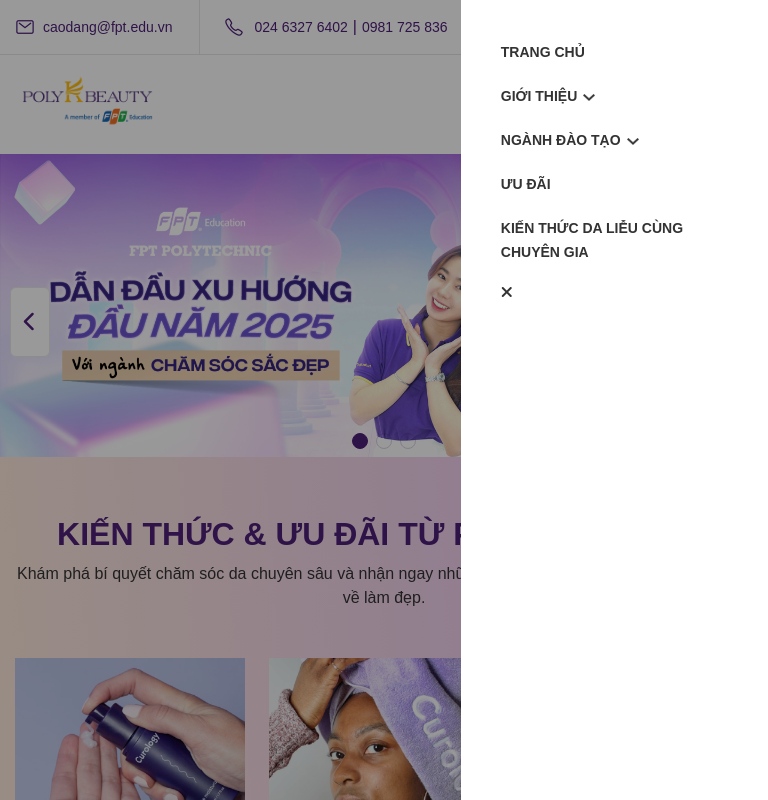
Repository: dinhtri123/k_beauty
Page: index.html
These files come from the project's save history. The page is drawn as it stood at one moment and after the next save; the edit follows.
The browser window is 768 px wide. The pictures show the window.
A layer covers the whole window, so only the first screen is drawn. Some web fonts or font styles are not loaded; a fallback is used.

Above is the page before, as saved 2024-12-24 19:51:59.

### index.html
<!DOCTYPE html>
<html lang="en">

<head>
  <meta charset="UTF-8">
  <meta name="viewport" content="width=device-width, initial-scale=1.0">
  <title>Home Page</title>
  <link rel="stylesheet" href="https://cdn.jsdelivr.net/npm/swiper@11/swiper-bundle.min.css" />
  <link rel="stylesheet" href="https://cdnjs.cloudflare.com/ajax/libs/font-awesome/6.7.2/css/all.min.css"
    integrity="sha512-Evv84Mr4kqVGRNSgIGL/F/aIDqQb7xQ2vcrdIwxfjThSH8CSR7PBEakCr51Ck+w+/U6swU2Im1vVX0SVk9ABhg=="
    crossorigin="anonymous" referrerpolicy="no-referrer" />
  <link rel="stylesheet" href="./css/style.css">
</head>

<body>
  <header>
    <div class="header-top-wrapper">
      <div class="container">
        <div class="header-top">
          <div class="header-top-left">
            <a href="mailto:caodang@fpt.edu.vn">
              <img src="./images/mail-outline.png" alt="">
              <span>caodang@fpt.edu.vn</span>
            </a>
            <p>
              <img src="./images/call-outline.png" alt="">
              <a href="tel:024 6327 6402">024 6327 6402</a>
              <span>|</span>
              <a href="tel: 0981 725 836"> 0981 725 836</a>
            </p>
          </div>
          <div class="header-top-right">
            <a href="">
              <img src="./images/Facebook.png" alt="">
            </a>
            <a href="">
              <img src="./images/YouTube.png" alt="">
            </a>
            <a href="">
              <img src="./images/TikTok.png" alt="">
            </a>
            <a href="">
              <img src="./images/Frame.png" alt="">
            </a>
          </div>
        </div>
      </div>
    </div>
    <div class="header-main container">
      <a href="" class="header-logo">
        <img src="./images/logo.png" alt="">
      </a>
      <nav class="header-nav">
        <ul class="header-menu">
          <li>
            <a href="">Trang chủ</a>
          </li>
          <li>
            <a href="">Giới thiệu
              <span>
                <img src="./images/arrow-bottom.png" alt="">
              </span>
            </a>
          </li>
          <li>
            <a href="">ngành đào tạo
              <span>
                <img src="./images/arrow-bottom.png" alt="">
              </span>
            </a>
          </li>
          <li>
            <a href="">ƯU đãi</a>
          </li>
          <li>
            <a href="">kiến thức da liễu cùng chuyên gia</a>
          </li>
          <li class="header-btn-close sm">
            <i class="fa-solid fa-xmark"></i>
          </li>
        </ul>
      </nav>
      <span class="header-btn-menu sm">
        <i class="fa-solid fa-bars"></i>
      </span>
    </div>
  </header>
  <main>
    <section class="slider-hero">
      <div class="swiper hero-swiper">
        <div class="swiper-wrapper">
          <div class="swiper-slide">
            <img src="./images/image 1.jpg" alt="">
          </div>
          <div class="swiper-slide">
            <img src="./images/image 1.jpg" alt="">
          </div>
          <div class="swiper-slide">
            <img src="./images/image 1.jpg" alt="">
          </div>
        </div>
        <div class="hero-btn swiper-button-next">
          <i class="fa-solid fa-chevron-right"></i>
        </div>
        <div class="hero-btn swiper-button-prev">
          <i class="fa-solid fa-chevron-left"></i>
        </div>
        <div class="swiper-pagination"></div>
      </div>
    </section>
    <section class="befenit">
      <div class="container">
        <div class="befenit-inner">
          <h2>Kiến Thức & Ưu Đãi Từ Poly K-Beauty</h2>
          <p>Khám phá bí quyết chăm sóc da chuyên sâu và nhận ngay những ưu đãi hấp dẫn từ học viện hàng đầu về làm đẹp.
          </p>
          <ul class="befenit-list">
            <li class="befenit-item">
              <img src="./images/befenit-img1.jpg" alt="">
              <div>
                <h3>TRẮC NGHIỆM <br> HIỂU LÀN DA CÙNG POLY K-BEAUTY</h3>
                <a href="">Làm bài trắc nghiệm</a>
              </div>
            </li>
            <li class="befenit-item">
              <img src="./images/befenit-img2.jpg" alt="">
              <div>
                <h3>ƯU ĐÃI</h3>
                <a href="">Nhận ưu đãi</a>
              </div>
            </li>
            <li class="befenit-item">
              <img src="./images/befenit-img3.jpg" alt="">
              <div>
                <h3>KIẾN THỨC DA LIỄU</h3>
                <a href="">xem tất cả</a>
              </div>
            </li>
          </ul>
        </div>
      </div>
    </section>
    <section class="package">
      <div class="container">
        <div class="package-inner">
          <h2>POLY K-BEAUTY'S PACKAGE <span class="line"></span></h2>
          <div class="package-item">
            <img src="./images/package_img1.jpg" alt="">
            <h3>Dịch vụ chăm sóc và điều trị</h3>
          </div>
          <div class="package-item">
            <img src="./images/package_img2.jpg" alt="">
            <h3>QUY TRÌNH CHẤM TCA TRỊ</h3>
          </div>
          <div class="package-item">
            <img src="./images/package_img3.jpg" alt="">
            <h3>PHƯƠNG PHÁP TIÊM SẸO LỒI</h3>
          </div>
          <div class="package-item">
            <img src="./images/package_img4.jpg" alt="">
            <h3>LASER TRỊ THÂM CÓ TỐT</h3>
          </div>
          <div class="package-item">
            <img src="./images/package_img5.jpg" alt="">
            <h3>TRỊ NẤM DA BẰNG LASER TẠI</h3>
          </div>
          <div class="package-item">
            <img src="./images/package_img6.jpg" alt="">
            <h3>LÀN DA KHÔNG ĐỀU MÀU VÀ</h3>
          </div>
          <div class="package-item">
            <img src="./images/package_img7.jpg" alt="">
            <h3>GIẢI PHÁP ĐIỀU TRỊ MỤN THỊT</h3>
          </div>
          <div class="package-item">
            <img src="./images/package_img8.jpg" alt="">
            <h3>ĐIỀU TRỊ SẸO RỖ BẰNG LASER</h3>
          </div>
          <div class="package-item">
            <img src="./images/package_img9.jpg" alt="">
            <h3>TRẺ HOÁ BẰNG LASER</h3>
          </div>
          <div class="package-item">
            <img src="./images/package_img10.jpg" alt="">
            <h3>CHỐNG LÃO HOÁ TUỔI 30</h3>
          </div>
          <div class="package-item">
            <img src="./images/package_img11.jpg" alt="">
            <h3>ĐIỀU TRỊ MỤN Ở NGƯỜI LỚN</h3>
          </div>
          <div class="package-item">
            <img src="./images/package_img12.jpg" alt="">
            <h3>XOÁ XĂM HIỆU QUẢ VÀ</h3>
          </div>
          <div class="package-item">
            <img src="./images/package_img13.jpg" alt="">
            <h3>ĐIỀU TRỊ GIÃN MAO MẠCH</h3>
          </div>
          <div class="package-item">
            <img src="./images/package_img14.jpg" alt="">
            <h3>PHƯƠNG PHÁP TRỊ SẸO LỒI</h3>
          </div>
          <div class="package-item">
            <img src="./images/package_img15.jpg" alt="">
            <h3>LĂN KIM TRỊ SẸO RỖ</h3>
          </div>
          <div class="package-item">
            <img src="./images/package_img16.jpg" alt="">
            <h3>ĐIỆN DI VITAMIN C - GIẢI PHÁP</h3>
          </div>
          <div class="package-item">
            <img src="./images/package_img17.jpg" alt="">
            <h3>TRẺ HOÁ DA VỚI LIỆU TRÌNH</h3>
          </div>
          <div class="package-item">
            <img src="./images/package_img18.jpg" alt="">
            <h3>PEEL DA HOÁ HỌC CHUYÊN</h3>
          </div>
          <div class="package-item">
            <img src="./images/package_img19.jpg" alt="">
            <h3>PEEL DA HOÁ HỌC NỒNG ĐỘ</h3>
          </div>
          <div class="package-item">
            <img src="./images/package_img20.jpg" alt="">
            <h3>PEEL DA HOÁ HỌC NỒNG ĐỘ</h3>
          </div>
          <div class="package-item">
            <img src="./images/package_img21.jpg" alt="">
            <h3>PEEL DA HOÁ HỌC</h3>
          </div>
          <div class="package-item">
            <img src="./images/package_img22.jpg" alt="">
            <h3>PHƯƠNG PHÁP MÀI DA VI</h3>
          </div>
          <div class="package-item">
            <img src="./images/package_img23.jpg" alt="">
            <h3>CHẮM SÓC & ĐIỀU TRỊ DA CHO</h3>
          </div>
          <div class="package-item">
            <img src="./images/package_img24.jpg" alt="">
            <h3>XOÁ NỐT RUỒI</h3>
          </div>
          <div class="package-item">
            <img src="./images/package_img25.jpg" alt="">
            <h3>KIỂM TRA DA MẶT Ở ĐÂU ĐỂ</h3>
          </div>
          <div class="package-item">
            <img src="./images/package_img26.jpg" alt="">
            <h3>DỊCH VỤ CHĂM SÓC DA MẶT</h3>
          </div>
          <div class="package-item">
            <img src="./images/package_img27.jpg" alt="">
            <h3>MỤN LÀ CHUYỆN NHỎ VỚI</h3>
          </div>
          <div class="package-item">
            <img src="./images/package_img28.jpg" alt="">
            <h3>TÌM LẠI LÀN DA MỊN MÀNG VỚI</h3>
          </div>
          <div class="package-item">
            <img src="./images/package_img29.jpg" alt="">
            <h3>ĐỐT MỤN THỊT, U VÀNG</h3>
          </div>
          <div class="package-item">
            <img src="./images/package_img30.jpg" alt="">
            <h3>ĐIỀU TRỊ MỤN TRỨNG CÁ DỨT</h3>
          </div>
          <div class="package-item">
            <img src="./images/package_img31.jpg" alt="">
            <h3>TRIỆT LÔNG VĨNH VIỄN</h3>
          </div>
          <div class="package-item">
            <img src="./images/package_img32.jpg" alt="">
            <h3>NÁM DA VÀ RỐI LOẠN SẮC TỐ</h3>
          </div>
          <div class="package-item">
            <img src="./images/package_img33.jpg" alt="">
            <h3>LIỆU TRÌNH TRẺ HOÁ DA LÀM</h3>
          </div>
          <div class="package-item">
            <img src="./images/package_img34.jpg" alt="">
            <h3>ĐIỀU TRỊ TRỊ MỤN</h3>
          </div>
        </div>
      </div>
    </section>
    <section class="form-bottom">
      <div class="container">
        <div class="form-inner">
          <div class="form-text">
            <h2>Tìm hiểu chương trình tại Poly K-Beauty và nhận tư vấn ngay!</h2>
            <button>Đăng ký ngay</button>
          </div>
          <div class="form-img">
            <img src="./images/form-img.png" alt="">
          </div>
        </div>
      </div>
    </section>
  </main>
  <footer>
    <div class="container">
      <div class="footer-wrapper">
        <div class="footer-left">
          <div class="footer-logo">
            <img src="./images/logo-footer.png" alt="">
          </div>
          <div class="footer-social">
            <a href="#">
              <img src="./images/icon-fb.png" alt="">
            </a>
            <a href="#">
              <img src="./images/icon-ytb.png" alt="">
            </a>
            <a href="#">
              <img src="./images/icon-tiktok.png" alt="">
            </a>
            <a href="#">
              <img src="./images/icon-wiki.png" alt="">
            </a>
          </div>
          <div class="footer-contact">
            <h3>THÔNG TIN LIÊN HỆ</h3>
            <ul>
              <li>Điện thoại: (024) 7300 1955</li>
              <li>Email: caodang@fpt.edu.vn</li>
            </ul>
          </div>
        </div>
        <div class="footer-right">
          <h3>HỆ THỐNG VĂN PHÒNG TUYỂN SINH</h3>
          <div class="footer-local">
            <div class="local-item">
              <h4>Cơ sở Hà Nội</h4>
              <ul>
                <li><span><ion-icon name="location-outline"></ion-icon></span> Cổng số 1, Tòa nhà FPT
                  Polytechnic, 13 phố Trịnh Văn Bô, phường Phương Canh, quận Nam Từ Liêm, TP Hà Nội
                  Km12
                  Cầu Diễn, Phường Phúc Diễn, Quận Bắc Từ Liêm, Hà Nội</li>
                <li><span><ion-icon name="call-outline"></ion-icon></span>(024) 8582 0808</li>
              </ul>
            </div>
            <div class="local-item">
              <h4>Cơ sở Hồ Chí Minh</h4>
              <ul>
                <li><span><ion-icon name="location-outline"></ion-icon></span> Tòa nhà QTSC9 (toà T),
                  đường
                  Tô Ký, phường Tân Chánh Hiệp, quận 12, TP HCM.</li>
                <li><span><ion-icon name="location-outline"></ion-icon></span> 778/B1 Nguyễn Kiệm,
                  phường
                  04, quận Phú Nhuận, TP HCM
                  0901 660 002 – 028 6686 6486</li>
              </ul>
            </div>
            <div class="local-item">
              <h4>Cơ sở Thái Nguyên</h4>
              <ul>
                <li><span><ion-icon name="location-outline"></ion-icon></span> Tòa nhà FPT Polytechnic,
                  đường đê Mỏ Bạch, tổ 10, phường Quyết Thắng, TP Thái Nguyên, tỉnh Thái Nguyên</li>
                <li><span><ion-icon name="location-outline"></ion-icon></span> 091 532 9213</li>
              </ul>
            </div>
            <div class="local-item">
              <h4>Cơ sở Đà Nẵng</h4>
              <ul>
                <li><span><ion-icon name="location-outline"></ion-icon></span> 219 Nguyễn Sinh Sắc,
                  phường
                  Hoà Minh, quận Liên Chiểu, TP Đà Nẵng</li>
                <li><span><ion-icon name="location-outline"></ion-icon></span> 023 6371 0999 – 094 302
                  5282
                </li>
              </ul>
            </div>
            <div class="local-item">
              <h4>Cơ sở Hải Phòng</h4>
              <ul>
                <li><span><ion-icon name="location-outline"></ion-icon></span> 271 Lê Thánh Tông, phường
                  Máy
                  Chai, quận Ngô Quyền, TP Hải Phòng</li>
                <li><span><ion-icon name="location-outline"></ion-icon></span> 0915431313</li>
              </ul>
            </div>
            <div class="local-item">
              <h4>Cơ sở Quy Nhơn</h4>
              <ul>
                <li><span><ion-icon name="location-outline"></ion-icon></span> 107A Thanh Niên, phường
                  Quang
                  Trung, TP Quy Nhơn, tỉnh Bình Định</li>
                <li><span><ion-icon name="location-outline"></ion-icon></span> 039 404 4568</li>
              </ul>
            </div>
            <div class="local-item">
              <h4>Cơ sở Hà Nam</h4>
              <ul>
                <li><span><ion-icon name="location-outline"></ion-icon></span> Tổ hợp Giáo dục FPT,
                  Unischool, Khu Đại học Nam Cao, Phường Hoàng Đông, Thị xã Duy Tiên, Hà Nam</li>
                <li><span><ion-icon name="location-outline"></ion-icon></span> 0911 968 213</li>
              </ul>
            </div>
            <div class="local-item">
              <h4>Cơ sở Tây Nguyên</h4>
              <ul>
                <li><span><ion-icon name="location-outline"></ion-icon></span> Số 300, 6 Đường Hà Huy
                  Tập,
                  Tổ dân phố 8, phường Tân An, TP Buôn Ma Thuột, Đắk Lắk</li>
                <li><span><ion-icon name="location-outline"></ion-icon></span> 026 2355 5678</li>
              </ul>
            </div>
            <div class="local-item">
              <h4>Cơ sở Thanh Hoá</h4>
              <ul>
                <li><span><ion-icon name="location-outline"></ion-icon></span> Tòa Beta, Tổ hợp giáo dục
                  FPT, Đại lộ Võ Nguyên Giáp, phường Quảng Thành, TP Thanh Hóa</li>
                <li><span><ion-icon name="location-outline"></ion-icon></span> 091 378 5213</li>
              </ul>
            </div>
            <div class="local-item">
              <h4>Cơ sở Đồng Nai</h4>
              <ul>
                <li><span><ion-icon name="location-outline"></ion-icon></span> 193 Đỗ Văn Thi, phường
                  Hiệp
                  Hòa, TP Biên Hòa, tỉnh Đồng Nai</li>
                <li><span><ion-icon name="location-outline"></ion-icon></span> 0345 690 031 – 0989 871
                  031
                </li>
              </ul>
            </div>
            <div class="local-item">
              <h4>Cơ sở Cần Thơ</h4>
              <ul>
                <li><span><ion-icon name="location-outline"></ion-icon></span> Toà nhà FPT Polytechnic,
                  đường số 22, phường Thường Thạnh, quận Cái Răng, TP Cần Thơ</li>
                <li><span><ion-icon name="location-outline"></ion-icon></span> 098 388 1100 – 091 2823
                  492
                </li>
              </ul>
            </div>
          </div>
        </div>
      </div>
    </div>
  </footer>
</body>

<script src="https://cdn.jsdelivr.net/npm/swiper@11/swiper-bundle.min.js"></script>

<script>
  var swiper = new Swiper(".hero-swiper", {
    loop: true,
    navigation: {
      nextEl: ".swiper-button-next",
      prevEl: ".swiper-button-prev",
    },
    pagination: {
      el: ".swiper-pagination",
    },
  });
</script>

</html>

### css/style.css
@font-face {
  font-family: "SF Pro";
  src: url("../fonts/SF-Pro.ttf") format("truetype");
}

:root {
  --font-primary: "SF Pro", sans-serif;
  --cl-primary: rgba(78, 32, 121, 1);
  --cl-text: rgba(51, 51, 51, 1);
  --cl-white: #fff;
}

* {
  margin: 0;
  padding: 0;
  box-sizing: border-box;
}
body {
  font-family: var(--font-primary);
  color: var(--cl-text);
  background-color: var(--cl-white);
  line-height: 24px;
}
a {
  color: var(--cl-text);
  text-decoration: none;
}
button,
input {
  outline: none;
  border: none;
  font-family: inherit;
}
ul {
  list-style: none;
}
img {
  max-width: 100%;
  height: auto;
  object-fit: cover;
}
.container {
  max-width: 1230px;
  padding-left: 15px;
  padding-right: 15px;
  margin: 0px auto;
}
.sm {
  display: none !important;
}
.md {
  display: flex !important;
}
/* -------------- header ---------------- */
header {
  background: var(--cl-white);
}
.header-top-wrapper {
  border-bottom: 1px solid rgba(0, 0, 0, 0.1);
}
.header-top {
  display: flex;
  justify-content: space-between;
  align-items: center;
  min-height: 54px;
}
.header-top-left {
  display: flex;
  align-items: center;
  min-height: inherit;
}
.header-top-left > a {
  display: flex;
  align-items: center;
  gap: 8px;
  padding-right: 27px;
  border-right: 1px solid rgba(231, 231, 231, 1);
  color: var(--cl-primary);
  font-size: 14px;
  font-weight: 500;
  min-height: inherit;
}
.header-top-left img {
  width: 20px;
}
.header-top-left > p {
  display: flex;
  align-items: center;
  padding-left: 24px;
  gap: 5px;
}
.header-top-left > p img {
  margin-right: 5px;
}
.header-top-left > p > a {
  font-size: 14px;
  color: var(--cl-primary);
  font-weight: 500;
}
.header-top-left > p > span {
  color: var(--cl-primary);
}
.header-top-right {
  display: flex;
  align-items: center;
  justify-content: flex-end;
  gap: 10px;
}
.header-top-right > a {
  width: 36px;
  height: 36px;
  border-radius: 6px;
  background-color: var(--cl-primary);
  display: flex;
  align-items: center;
  justify-content: center;
  padding: 8px;
}
.header-main {
  display: flex;
  justify-content: space-between;
  gap: 20px;
  align-items: center;
  padding-top: 18px;
  padding-bottom: 18px;
}
.header-logo {
  max-width: 145px;
  flex-shrink: 0;
}
.header-menu {
  display: flex;
  align-items: center;
  justify-content: flex-end;
  gap: 28px;
}
.header-menu > li > a {
  text-transform: uppercase;
  color: var(--cl-text);
  display: flex;
  align-items: center;
  gap: 12px;
  font-size: 15px;
  font-weight: 700;
  transition: all 0.3s ease;
}
.header-menu > li > a > span {
  width: 12px;
}
.header-menu > li > a:hover {
  color: var(--cl-primary);
}
/* ----main----- */
.hero-swiper .swiper-slide {
  user-select: none;
}
.hero-btn {
  width: 40px;
  height: 70px;
  display: flex;
  align-items: center;
  justify-content: center;
  background-color: var(--cl-white);
  border: 1px solid rgba(233, 233, 233, 1);
  border-radius: 6px;
}
.hero-btn::after {
  display: none;
}
.hero-btn i {
  font-size: 20px;
  color: var(--cl-primary);
}
.hero-swiper .swiper-pagination span {
  width: 16px;
  height: 16px;
  border: 1px solid var(--cl-primary);
  background: transparent;
}
.hero-swiper .swiper-pagination span.swiper-pagination-bullet-active {
  background: var(--cl-primary);
}
/* ------befenit------- */
.befenit {
  background: linear-gradient(85.77deg, #feeada 0%, #edc4fd 100%);
  padding: 60px 0px;
  margin-top: -10px;
}
.befenit-inner {
  text-align: center;
}
.befenit-inner > h2 {
  font-size: 32px;
  line-height: 40px;
  font-weight: 700;
  color: var(--cl-primary);
  text-transform: uppercase;
  margin-bottom: 8px;
}
.befenit-inner > p {
  font-size: 16px;
  margin-bottom: 48px;
}
.befenit-list {
  display: grid;
  grid-template-columns: repeat(3, 1fr);
  gap: 24px;
}
.befenit-item {
  display: flex;
  flex-direction: column;
}
.befenit-item > img {
  width: 100%;
  max-height: 100%;
  margin-bottom: 12px;
}
.befenit-item > div {
  padding: 12px 12px 0px;
  display: flex;
  flex-direction: column;
  justify-content: space-between;
  flex: 1;
}
.befenit-item > div h3 {
  color: var(--cl-text);
  font-size: 20px;
  line-height: 28px;
  font-weight: 700;
  text-transform: uppercase;
  margin-bottom: 20px;
  text-align: center;
  flex: 1;
  display: flex;
  align-items: center;
  justify-content: center;
}
.befenit-item > div a {
  background-color: var(--cl-primary);
  padding: 16px 40px;
  font-size: 20px;
  line-height: 28px;
  font-weight: 500;
  border-radius: 50px;
  border: 1px solid var(--cl-primary);
  display: flex;
  align-items: center;
  justify-content: center;
  width: fit-content;
  margin: 0px auto;
  color: var(--cl-white);
  text-transform: capitalize;
}
/* -----package------ */
.package {
  background: linear-gradient(180deg, #481579 -6.35%, #fdf3ff 100%);
  padding: 60px 0px;
  margin-bottom: 100px;
}
.package-inner {
  display: grid;
  grid-template-columns: repeat(4, 1fr);
}
.package-inner h2 {
  grid-column: 1 / span 2;
  color: var(--cl-white);
  font-size: 32px;
  line-height: 40px;
  font-weight: 700;
  text-transform: uppercase;
  text-align: center;
  display: flex;
  flex-direction: column;
  justify-content: center;
  align-items: center;
  gap: 16px;
  color: var(--cl-white);
}
.package-inner h2 .line {
  max-width: 160px;
  width: 100%;
  height: 4px;
  background-color: var(--cl-white);
}
.package-item {
  position: relative;
}
.package-item img {
  width: 100%;
  height: 100%;
}
.package-item h3 {
  position: absolute;
  bottom: 0;
  left: 0;
  padding: 20px 15px;
  text-align: left;
  color: var(--cl-white);
  font-size: 16px;
  font-weight: 700;
  text-transform: uppercase;
}
/* -----form------ */
.form-bottom {
  background: linear-gradient(90deg, #4e2079 0%, #562c7e 100%);
}
.form-inner {
  display: flex;
  justify-content: space-between;
  flex-wrap: wrap;
  gap: 50px;
}
.form-text {
  padding: 58px 0px;
  max-width: 540px;
  position: relative;
}
.form-text h2:before {
  content: "";
  position: absolute;
  background-image: url("../images/start.png");
  background-repeat: no-repeat;
  background-size: contain;
  width: 38px;
  height: 38px;
  top: 0px;
  left: -60px;
}
.form-text h2 {
  color: var(--cl-white);
  font-size: 42px;
  line-height: 50px;
  font-weight: 700;
  margin-bottom: 42px;
  text-transform: uppercase;
  position: relative;
}
.form-text button {
  background-color: var(--cl-white);
  border-radius: 50px;
  padding: 16px 40px;
  font-size: 20px;
  line-height: 28px;
  font-weight: 500;
  color: var(--cl-primary);
  display: flex;
  width: fit-content;
  align-items: center;
  justify-content: center;
  cursor: pointer;
}
.form-img {
  margin-top: -130px;
  max-width: 466px;
  position: relative;
}
.form-img::before,
.form-img:after {
  content: "";
  position: absolute;
  background-image: url("../images/start.png");
  background-repeat: no-repeat;
  background-size: contain;
  width: 38px;
  height: 38px;
}
.form-img::before {
  top: 30%;
  right: -20%;
}
.form-img::after {
  bottom: 15%;
  left: -20%;
}
.form-img img {
  height: 100%;
}

/* ---------footer------------ */
/* footer */
footer {
  background-color: #1a2042;
  border-top: 10px solid #f7941d;
}
footer * {
  color: #fff;
}
.footer-wrapper {
  display: grid;
  grid-template-columns: 30% 70%;
}
.footer-wrapper {
  padding: 50px 0px;
}
.footer-wrapper > div {
  padding-left: 15px;
  padding-right: 15px;
}
.footer-logo {
  max-width: 268px;
}
.footer-social {
  margin-top: 20px;
  display: flex;
  align-items: center;
  gap: 15px;
}
.footer-social a {
  max-width: 42px;
  width: 100%;
  border: 1px solid #fff;
  border-radius: 10px;
  display: flex;
  align-items: center;
  justify-content: center;
  padding: 8px;
}
.footer-social a img {
  max-width: 100%;
}
.footer-contact {
  margin-top: 20px;
}
.footer-contact h3 {
  font-size: 20px;
  font-weight: 600;
  color: #f27125;
  margin-bottom: 20px;
}
.footer-contact ul li {
  margin-bottom: 10px;
  color: #fff;
  font-weight: 400;
  font-size: 14px;
}
.footer-right h3 {
  font-size: 20px;
  color: #f27125;
  margin-bottom: 30px;
}
.footer-local {
  display: flex;
  flex-wrap: wrap;
  justify-content: flex-end;
}
.local-item {
  color: #fff;
  font-size: 14px;
  display: flex;
  flex-direction: column;
  gap: 10px;
  flex-basis: 50%;
  max-width: 50%;
  padding: 0px 15px;
  margin-bottom: 20px;
  font-weight: 300;
}
.local-item h4 {
  text-decoration: underline;
}
.local-item ul {
  display: flex;
  flex-direction: column;
  gap: 10px;
}
.local-item ul li {
  display: flex;
  gap: 5px;
  line-height: 1.3;
}
.local-item ul li span {
  color: var(--cl-primary);
}
@media screen and (max-width: 1199px) {
  .header-menu {
    gap: 20px;
  }
  .header-menu > li > a {
    font-size: 14px;
    gap: 6px;
  }
}
@media screen and (max-width: 991px) {
  .sm {
    display: flex !important;
  }
  .md {
    display: none !important;
  }
  .header-btn-menu {
    display: flex;
    align-items: center;
    justify-content: center;
  }
  .header-btn-menu i {
    font-size: 20px;
  }
  .header-nav {
    position: fixed;
    width: 100%;
    height: 100%;
    background: rgba(0, 0, 0, 0.4);
    top: 0;
    left: 0;
    z-index: 999;
    display: flex;
    justify-content: flex-end;
  }
  .header-menu {
    width: 40%;
    height: 100%;
    background-color: var(--cl-white);
    padding: 40px;
    flex-direction: column;
    justify-content: flex-start;
    align-items: flex-start;
    max-width: 375px;
  }
}
@media screen and (max-width: 767px) {
  .footer-wrapper {
    display: flex;
    flex-direction: column;
    gap: 20px;
  }
  .footer-wrapper > div {
    padding: 0;
  }
}

After the next save:
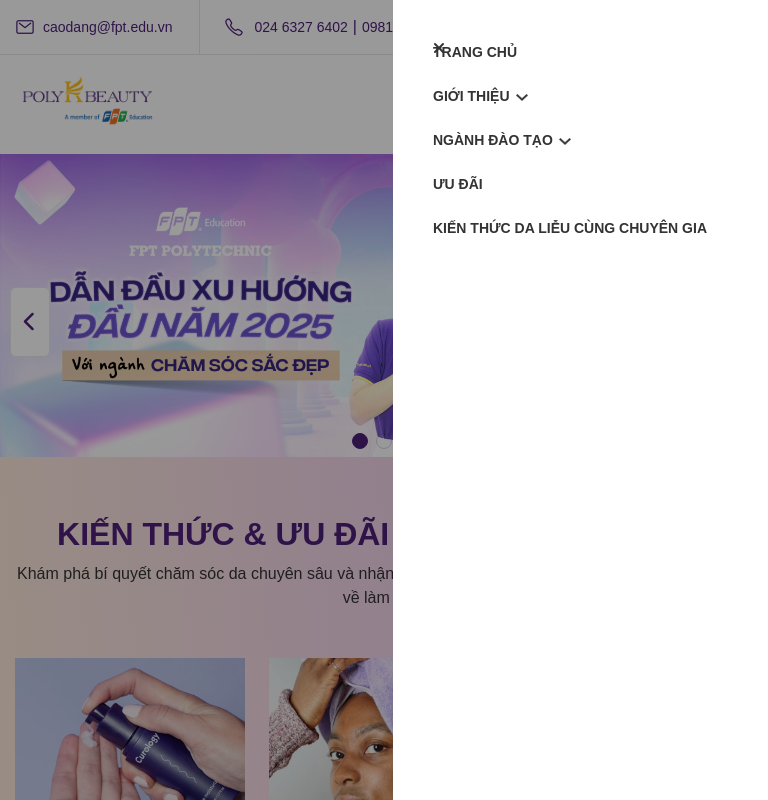
Saved 30 s later.
--- a/css/style.css
+++ b/css/style.css
@@ -507,7 +507,7 @@
     justify-content: flex-end;
   }
   .header-menu {
-    width: 40%;
+    width: 100%;
     height: 100%;
     background-color: var(--cl-white);
     padding: 40px;
@@ -515,6 +515,10 @@
     justify-content: flex-start;
     align-items: flex-start;
     max-width: 375px;
+    position: relative;
+  }
+  .header-btn-close {
+    position: absolute;
   }
 }
 @media screen and (max-width: 767px) {
